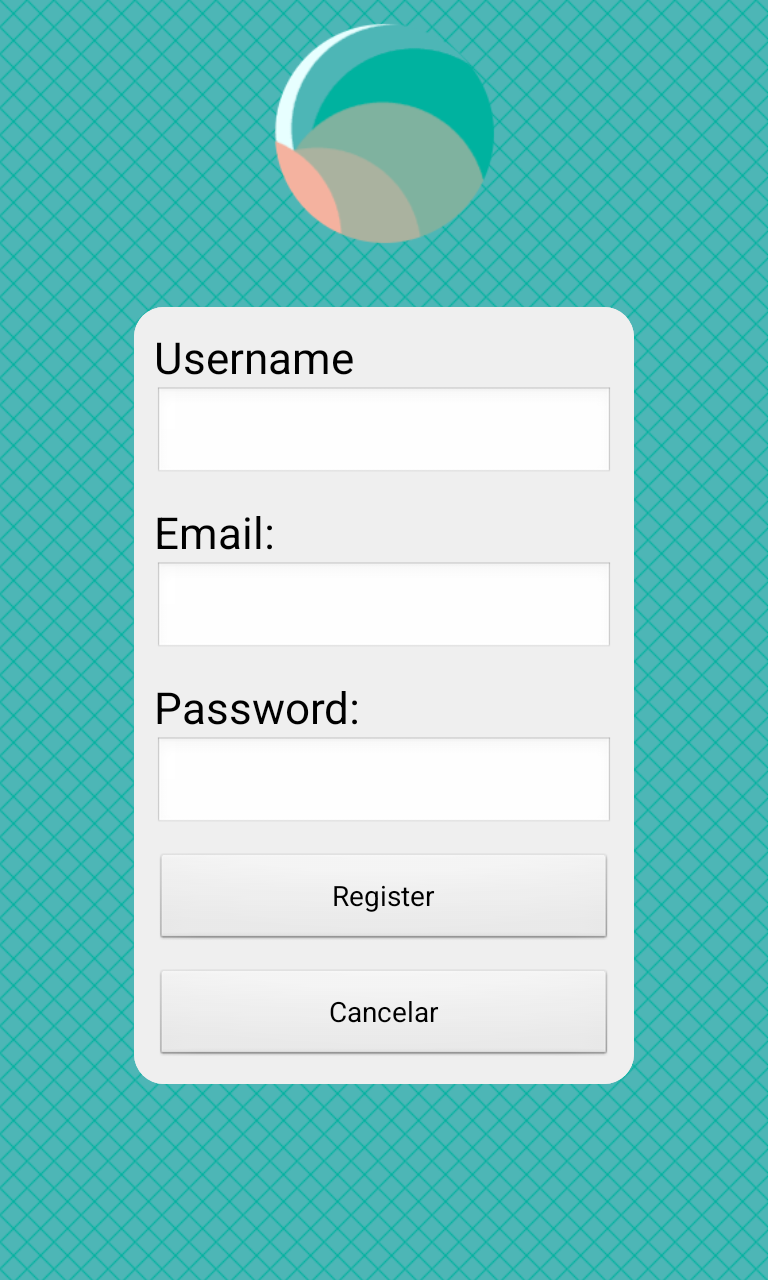
Repository: ppamorim/Coderock-X
Layout: workspace-Android/teste1/res/layout/activity_register.xml
These files come from the project's save history. The layout is drawn as it stood at one moment and after the next save; the edit follows.
It is drawn on a 768 x 1280 px phone screen (xhdpi) without system bars, with theme android:Theme.NoTitleBar; the app's code is not run.

Above is the layout before, as saved 2014-01-05 23:10:40.

### workspace-Android/teste1/res/layout/activity_register.xml
<?xml version="1.0" encoding="utf-8"?>
<LinearLayout xmlns:android="http://schemas.android.com/apk/res/android"
    android:layout_width="match_parent"
    android:layout_height="match_parent"
    android:background="@drawable/background"
    android:orientation="vertical" >

    <ImageView
    android:layout_width="fill_parent"
    android:layout_height="wrap_content"
    android:contentDescription="@string/app_name"
    android:scaleType="centerInside"
    android:src="@drawable/splash" />

    <FrameLayout
        android:layout_width="250dp"
        android:layout_height="wrap_content"
        android:layout_gravity="center"
        android:layout_marginTop="20dp">

        <LinearLayout
            android:layout_width="match_parent"
            android:layout_height="match_parent"
            android:background="@layout/rounded"
            android:orientation="vertical" >

        	<LinearLayout
            android:layout_width="match_parent"
            android:layout_height="match_parent"
            android:background="@layout/rounded"
            android:orientation="vertical" >

        	    <TextView
                android:id="@+id/TextUsername"
                android:layout_width="wrap_content"
                android:layout_height="wrap_content"
                android:text="@string/username"
                android:textColor="#000"
                android:layout_marginTop="10dp"
                android:layout_marginLeft="10dp"
            	android:layout_marginRight="10dp"
                android:textAppearance="?android:attr/textAppearanceLarge" />

            	<EditText
            	android:id="@+id/Username"
            	android:layout_width="match_parent"
            	android:layout_height="wrap_content"
            	android:layout_marginLeft="10dp"
            	android:layout_marginRight="10dp"
            	android:hint=""
            	android:ems="10" />

            	<TextView
                android:id="@+id/TextEmail"
                android:layout_width="wrap_content"
                android:layout_height="wrap_content"
                android:text="@string/Email"
                android:textColor="#000"
                android:layout_marginTop="10dp"
                android:layout_marginLeft="10dp"
            	android:layout_marginRight="10dp"
                android:textAppearance="?android:attr/textAppearanceLarge" />

            	<EditText
            	android:id="@+id/Ema"
            	android:layout_width="match_parent"
            	android:layout_height="wrap_content"
            	android:layout_marginLeft="10dp"
            	android:layout_marginRight="10dp"
            	android:hint=""
            	android:ems="10" />

            	<TextView
                android:id="@+id/textView2"
                android:layout_width="wrap_content"
                android:layout_height="wrap_content"
                android:text="@string/Password"
                android:textColor="#000"
                android:layout_marginTop="10dp"
                android:layout_marginLeft="10dp"
            	android:layout_marginRight="10dp"
                android:textAppearance="?android:attr/textAppearanceLarge" />

        		<EditText
            	android:id="@+id/Senha"
            	android:layout_width="match_parent"
            	android:layout_height="wrap_content"
            	android:layout_marginBottom="10dp"
            	android:layout_marginLeft="10dp"
            	android:layout_marginRight="10dp"
            	android:hint=""
            	android:ems="10" >
        		</EditText>

        		<Button
            	android:id="@+id/Register"
            	android:layout_width="fill_parent"
            	android:layout_height="wrap_content"
            	android:layout_marginBottom="10dp"
            	android:layout_marginLeft="10dp"
            	android:layout_marginRight="10dp"
            	android:text="@string/register" />

        		<Button
            	android:id="@+id/Cancelar"
            	android:layout_width="fill_parent"
            	android:layout_height="wrap_content"
            	android:layout_marginBottom="10dp"
            	android:layout_marginLeft="10dp"
            	android:layout_marginRight="10dp"
            	android:text="@string/cancel" />

        	</LinearLayout>
        </LinearLayout>
    </FrameLayout>
</LinearLayout>

### workspace-Android/teste1/res/drawable-hdpi/background.xml
<?xml version="1.0" encoding="utf-8"?>
<bitmap xmlns:android="http://schemas.android.com/apk/res/android"
  android:src="@drawable/bg"
  android:tileMode="repeat" />

### workspace-Android/teste1/res/values/strings.xml
<?xml version="1.0" encoding="utf-8"?>
<resources>

    <string name="app_name">Feel</string>
    <string name="action_settings">Settings</string>
    <string name="hello_world">Hello world!</string>
    <string name="Email">Email:</string>
    <string name="Password">Password:</string>
    <string name="Resultado">Resultado:</string>
    <string name="BotaoSomar">Somar</string>
    <string name="BotaoSub">Subtrair</string>
    <string name="BotaoMulti">Multiplicar</string>
    <string name="BotaoDividir">Dividir</string>
    <string name="ok">OK</string>
    <string name="username">Username</string>
    <string name="register">Register</string>
    <string name="cancel">Cancelar</string>

</resources>

### workspace-Android/teste1/res/layout/rounded.xml
<?xml version="1.0" encoding="utf-8"?>
<layer-list xmlns:android="http://schemas.android.com/apk/res/android">
    <item>
        <shape android:shape="rectangle" >
            <corners android:radius="15dip" />
            <solid android:color="#efefef" />
            <stroke android:width="0dp" android:color="#bebfc1"/>
        </shape>
    </item>
</layer-list>

After the next save:
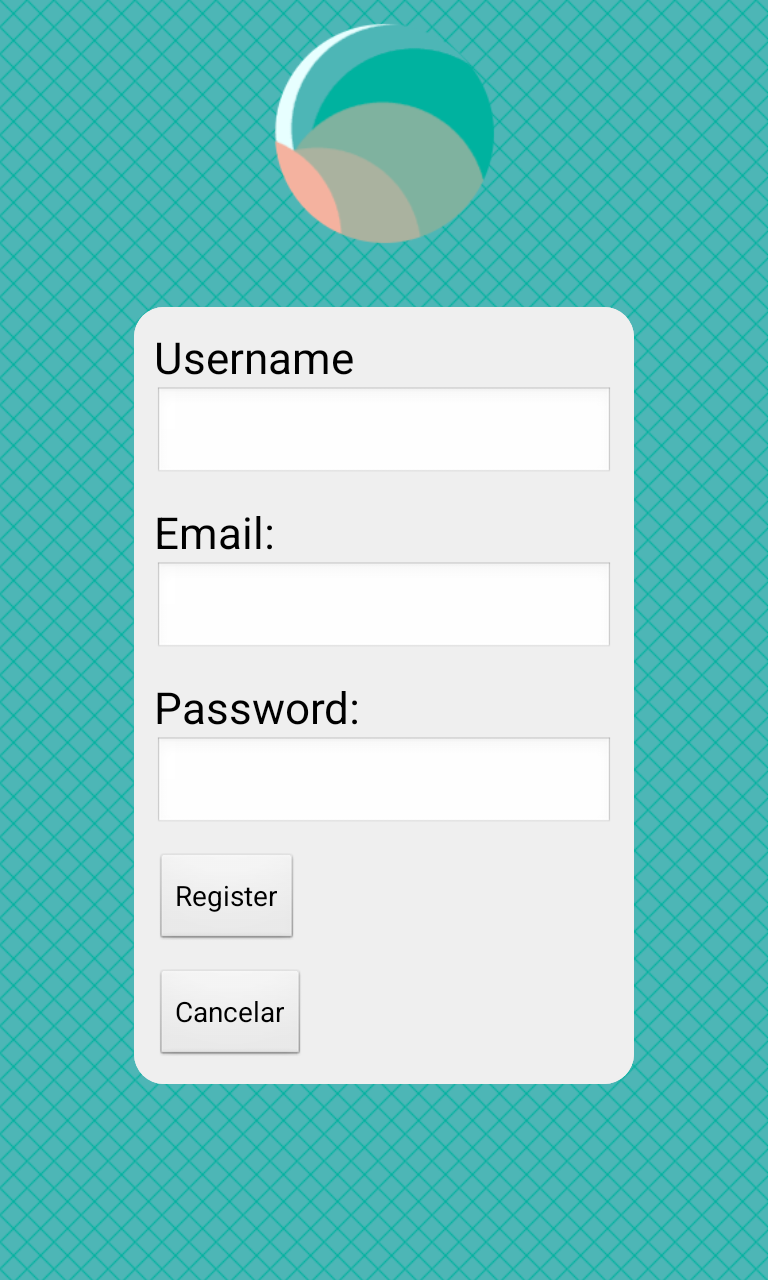
Saved 69 s later.
--- a/workspace-Android/teste1/res/layout/activity_register.xml
+++ b/workspace-Android/teste1/res/layout/activity_register.xml
@@ -94,8 +94,8 @@
 
         		<Button
             	android:id="@+id/Register"
-            	android:layout_width="fill_parent"
-            	android:layout_height="wrap_content"
+            	android:layout_width="wrap_content"
+            	android:layout_height="fill_parent"
             	android:layout_marginBottom="10dp"
             	android:layout_marginLeft="10dp"
             	android:layout_marginRight="10dp"
@@ -103,8 +103,8 @@
 
         		<Button
             	android:id="@+id/Cancelar"
-            	android:layout_width="fill_parent"
-            	android:layout_height="wrap_content"
+            	android:layout_width="wrap_content"
+            	android:layout_height="fill_parent"
             	android:layout_marginBottom="10dp"
             	android:layout_marginLeft="10dp"
             	android:layout_marginRight="10dp"
